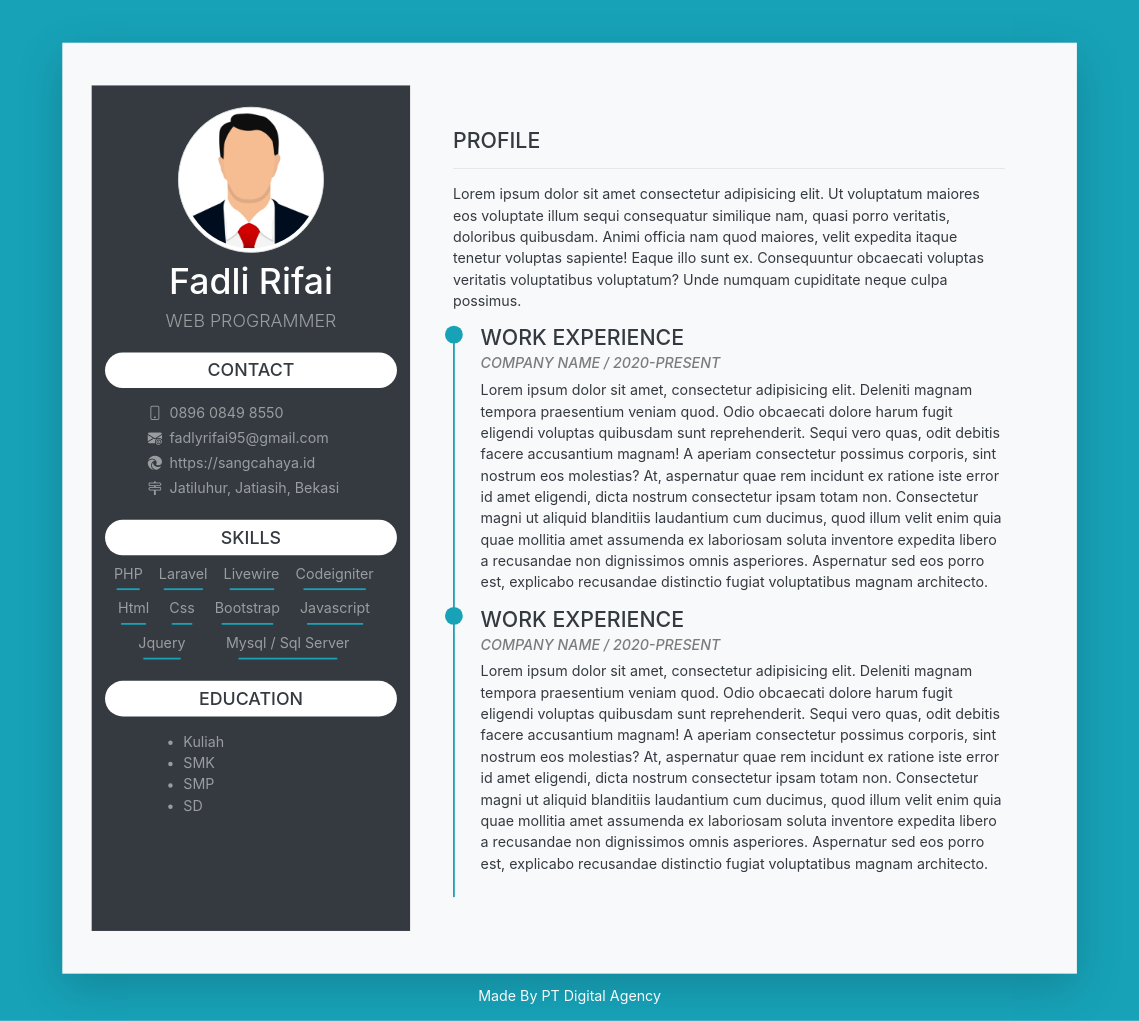
Repository: fadlyyy/fadlyyy.github.io
Page: index.html
An editor plug-in stored every save of this project. The page is shown before and after the next save, followed by the edit.
The browser window is 1280 px wide. The pictures show the whole page, at 89% of full size.

Above is the page before, as saved 2024-01-31 08:46:56.

### index.html
<!DOCTYPE html>
<html lang="en">

<head>
     <!-- Required meta tags -->
     <meta charset="utf-8" />
     <meta name="viewport" content="width=device-width, initial-scale=1, shrink-to-fit=no" />

     <!-- Bootstrap CSS -->
     <link rel="stylesheet" href="https://cdn.jsdelivr.net/npm/bootstrap@4.6.2/dist/css/bootstrap.min.css"
          integrity="sha384-xOolHFLEh07PJGoPkLv1IbcEPTNtaed2xpHsD9ESMhqIYd0nLMwNLD69Npy4HI+N" crossorigin="anonymous" />

     <!-- Icon -->
     <link rel="stylesheet" href="https://cdn.jsdelivr.net/npm/bootstrap-icons@1.11.3/font/bootstrap-icons.min.css" />

     <link rel="stylesheet" href="style.css" />

     <title>Hello, world!</title>
</head>

<body class="bg-info">
     <div class="container p-5 bg-light mt-5 mb-5 shadow shadow-lg">
          <div class="row">
               <div class="col-lg-4 bg-dark text-white text-center py-4">
                    <div class="header-left">
                         <div class="kotak-image"></div>
                         <img src="img/profile.png" alt="" class="img-thumbnail rounded-circle mb-2 w-50 h-50" />
                         <h1 class="display-5">Fadli Rifai</h1>
                         <h4 class="lead text-uppercase text-white-50 mb-4">Web Programmer</h4>
                    </div>

                    <!-- general info -->
                    <div class="general-info">
                         <h5 class="text-uppercase bg-white text-dark py-2 rounded-pill">contact</h5>

                         <ul class="list-unstyled text-white-50 py-2 text-left ml-5">
                              <li class="list-item mb-1">
                                   <p>
                                        <i class="bi bi-phone mr-1"></i> 0896 0849 8550
                                   </p>
                              </li>
                              <li class="list-item mb-1 text-wrap w-75">
                                   <p>
                                        <i class="bi bi-envelope-at-fill mr-1"></i> fadlyrifai95@gmail.com
                                   </p>
                              </li>
                              <li class="list-item mb-1">
                                   <p>
                                        <i class="bi bi-browser-edge mr-1"></i> https://sangcahaya.id
                                   </p>
                              </li>
                              <li class="list-item">
                                   <i class="bi bi-signpost-2 mr-1"></i>
                                   Jatiluhur, Jatiasih, Bekasi
                              </li>
                         </ul>
                    </div>

                    <!-- skills -->
                    <div>
                         <h5 class="text-uppercase bg-white text-dark py-2 rounded-pill">skills</h5>
                         <ul class="list list-unstyled text-white-50 px-2 text-left text-capitalize list-skills">
                              <li class="list-item">PHP</li>
                              <li class="list-item">laravel</li>
                              <li class="list-item">livewire</li>
                              <li class="list-item">codeigniter</li>
                              <li class="list-item">html</li>
                              <li class="list-item">css</li>
                              <li class="list-item">bootstrap</li>
                              <li class="list-item">javascript</li>
                              <li class="list-item">jquery</li>
                              <li class="list-item">mysql / sql server</li>
                         </ul>
                    </div>

                    <!-- educations -->
                    <div>
                         <h5 class="text-uppercase bg-white text-dark py-2 rounded-pill">education</h5>
                         <ul class="list text-white-50 ml-5 py-2 text-left text-capitalize">
                              <li class="list-item">Kuliah</li>
                              <li class="list-item">SMK</li>
                              <li class="list-item">SMP</li>
                              <li class="list-item">SD</li>
                         </ul>
                    </div>
               </div>

               <div class="col-lg-8 bg-light text-dark py-5 px-5 right-side">
                    <div class="header-right">
                         <h4 class="text-uppercase">Profile</h4>
                         <hr />
                         <p>
                              Lorem ipsum dolor sit amet consectetur adipisicing elit. Ut voluptatum maiores eos
                              voluptate illum sequi consequatur similique nam, quasi porro veritatis, doloribus
                              quibusdam. Animi officia nam quod maiores, velit expedita
                              itaque tenetur voluptas sapiente! Eaque illo sunt ex. Consequuntur obcaecati voluptas
                              veritatis voluptatibus voluptatum? Unde numquam cupiditate neque culpa possimus.
                         </p>
                    </div>

                    <div class="work-experience">
                         <div class="list-work pb-3 pl-3">
                              <h4 class="text-uppercase">work experience</h4>
                              <h6 class="text-uppercase text-black-50 font-italic mt-1 mb-2">company name / 2020-present</h6>
                              <p>Lorem ipsum dolor sit amet, consectetur adipisicing elit. Deleniti magnam tempora
                                   praesentium veniam quod. Odio obcaecati dolore harum fugit eligendi voluptas
                                   quibusdam sunt reprehenderit. Sequi vero quas, odit debitis facere accusantium
                                   magnam! A aperiam consectetur possimus corporis, sint nostrum eos molestias? At,
                                   aspernatur quae rem incidunt ex ratione iste error id amet eligendi, dicta nostrum
                                   consectetur ipsam totam non. Consectetur magni ut aliquid blanditiis laudantium cum
                                   ducimus, quod illum velit enim quia quae mollitia amet assumenda ex laboriosam soluta
                                   inventore expedita libero a recusandae non dignissimos omnis asperiores. Aspernatur
                                   sed eos porro est, explicabo recusandae distinctio fugiat voluptatibus magnam
                                   architecto.</p>
                         </div>
                         <div class="list-work pb-3 pl-3">
                              <h4 class="text-uppercase">work experience</h4>
                              <h6 class="text-uppercase text-black-50 font-italic mt-1 mb-2">company name / 2020-present</h6>
                              <p>Lorem ipsum dolor sit amet, consectetur adipisicing elit. Deleniti magnam tempora
                                   praesentium veniam quod. Odio obcaecati dolore harum fugit eligendi voluptas
                                   quibusdam sunt reprehenderit. Sequi vero quas, odit debitis facere accusantium
                                   magnam! A aperiam consectetur possimus corporis, sint nostrum eos molestias? At,
                                   aspernatur quae rem incidunt ex ratione iste error id amet eligendi, dicta nostrum
                                   consectetur ipsam totam non. Consectetur magni ut aliquid blanditiis laudantium cum
                                   ducimus, quod illum velit enim quia quae mollitia amet assumenda ex laboriosam soluta
                                   inventore expedita libero a recusandae non dignissimos omnis asperiores. Aspernatur
                                   sed eos porro est, explicabo recusandae distinctio fugiat voluptatibus magnam
                                   architecto.</p>
                         </div>
                    </div>
               </div>
          </div>
     </div>
     <!-- Optional JavaScript; choose one of the two! -->

     <!-- footer -->
     <div class="footer">
          <p class="text-light text-center text-capitalize" style="margin-top: -35px;">made by PT Digital Agency</p>
     </div>

     <!-- Option 1: jQuery and Bootstrap Bundle (includes Popper) -->
     <script src="https://cdn.jsdelivr.net/npm/jquery@3.5.1/dist/jquery.slim.min.js"
          integrity="sha384-DfXdz2htPH0lsSSs5nCTpuj/zy4C+OGpamoFVy38MVBnE+IbbVYUew+OrCXaRkfj"
          crossorigin="anonymous"></script>
     <script src="https://cdn.jsdelivr.net/npm/bootstrap@4.6.2/dist/js/bootstrap.bundle.min.js"
          integrity="sha384-Fy6S3B9q64WdZWQUiU+q4/2Lc9npb8tCaSX9FK7E8HnRr0Jz8D6OP9dO5Vg3Q9ct"
          crossorigin="anonymous"></script>

     <!-- Option 2: Separate Popper and Bootstrap JS -->
     <!--
    <script src="https://cdn.jsdelivr.net/npm/jquery@3.5.1/dist/jquery.slim.min.js" integrity="sha384-DfXdz2htPH0lsSSs5nCTpuj/zy4C+OGpamoFVy38MVBnE+IbbVYUew+OrCXaRkfj" crossorigin="anonymous"></script>
    <script src="https://cdn.jsdelivr.net/npm/popper.js@1.16.1/dist/umd/popper.min.js" integrity="sha384-9/reFTGAW83EW2RDu2S0VKaIzap3H66lZH81PoYlFhbGU+6BZp6G7niu735Sk7lN" crossorigin="anonymous"></script>
    <script src="https://cdn.jsdelivr.net/npm/bootstrap@4.6.2/dist/js/bootstrap.min.js" integrity="sha384-+sLIOodYLS7CIrQpBjl+C7nPvqq+FbNUBDunl/OZv93DB7Ln/533i8e/mZXLi/P+" crossorigin="anonymous"></script>
    -->
</body>

</html>

### style.css
.general-info ul li p {
    margin: 0;
}

.list-skills {
    display: flex;
    flex-wrap: wrap;
    justify-content: space-evenly;
    align-content: space-around;
}

.list-skills .list-item {
    margin-right: 1rem;
    padding-bottom: .5rem;
}

.list-skills .list-item::after {
    content: '';
    display: block;
    background-color: #17a2b8;
    width: 80%;
    height: 2px;
    margin: auto;
    margin-top: 5px;
}

.work-experience .list-work {
    position: relative;
    z-index: 1;
}

.work-experience .list-work h4,
.work-experience .list-work h6,
.work-experience .list-work p {
    margin: 0;
    padding: 0;
}

.work-experience .list-work h4,
.work-experience .list-work h6,
.work-experience .list-work p {
    margin-left: 15px;
}

.work-experience .list-work::before {
    content: '';
    display: block;
    position: absolute;
    width: 2px;
    top: 5px;
    bottom: -10px;
    left: 0;
    background-color: #17a2b8;
    z-index: 3;
}

.work-experience .list-work::after {
    content: '';
    display: block;
    position: absolute;
    width: 20px;
    height: 20px;
    top: 0;
    left: 0;
    background-color: #17a2b8;
    z-index: 4;
    border-radius: 50%;
    transform: translateX(-45%);
}

/* Media Query */
/* Extra Large */
@media (max-width: 1200px) {}

/* Laptop */
@media (max-width: 992px) {}

/* Tablet */
@media (max-width: 768px) {}

/* Mobile */
@media (max-width: 576px) {
    .right-side {
        padding-left: 0 !important;
        padding-right: 0 !important;
    }
}

After the next save:
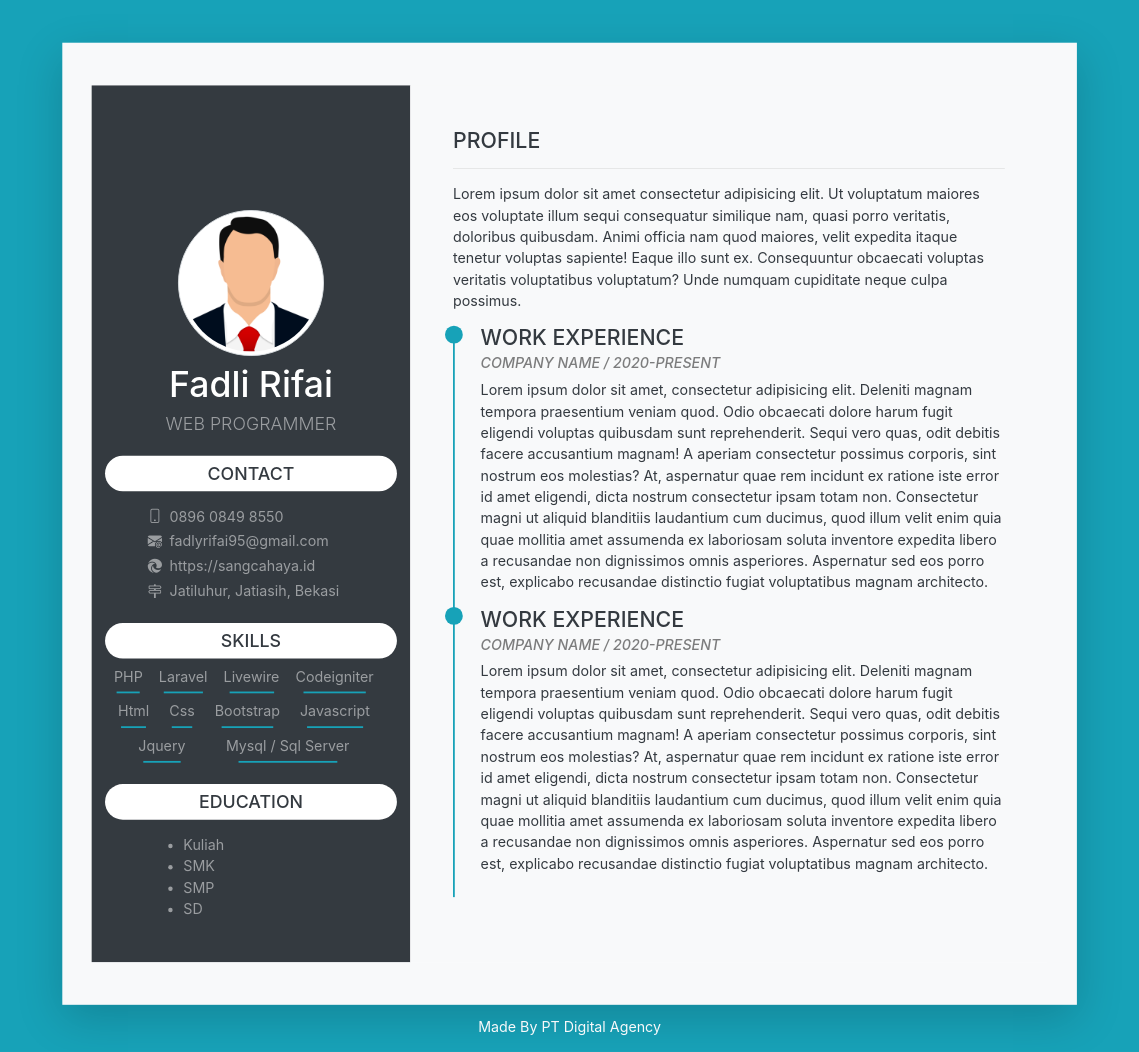
Saved 22 s later.
--- a/style.css
+++ b/style.css
@@ -1,5 +1,15 @@
 .general-info ul li p {
     margin: 0;
+}
+
+.header-left .kotak-image {
+    width: 100px;
+    height: 100px;
+    border-radius: 50%;
+    overflow: hidden;
+    margin: auto;
+    margin-bottom: 1rem;
+
 }
 
 .list-skills {
